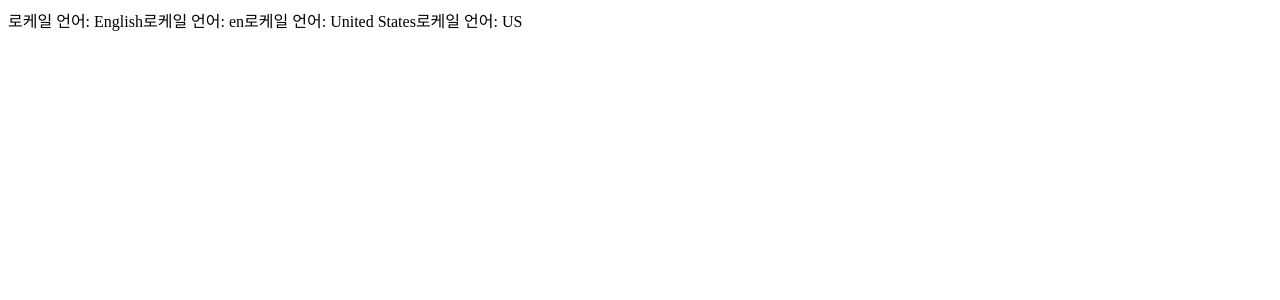
Repository: saysang22/servlet
Page: http://localhost/JSPBook/ch09/locale.jsp
These files come from the project's save history. The page is drawn as it stood at one moment and after the next save; the edit follows.
The browser window is 1280 px wide. The pictures show the whole page.
The page is served by Tomcat 10. Other server files are loaded and not shown.

Above is the page before, as saved 2024-06-07 00:51:17.

### JSPBook/src/main/webapp/ch09/locale.jsp
<%@ page language="java" contentType="text/html; charset=UTF-8"
    pageEncoding="UTF-8"%>
<%@ page import="java.util.Locale" %>
<%
		Locale locale = request.getLocale();
		String displayLanguage = locale.getDisplayLanguage();
		String language = locale.getLanguage();
		String displayCountry = locale.getDisplayCountry();
		String contry = locale.getCountry();
%>
<!DOCTYPE html>
<html>
<head>
<meta charset="UTF-8">
<title>Insert title here</title>
</head>
<body>
	<%
		out.print("로케일 언어: " + displayLanguage);
		out.print("로케일 언어: " + language);
		out.print("로케일 언어: " + displayCountry);
		out.print("로케일 언어: " + contry);

	%>
</body>
</html>

After the next save:
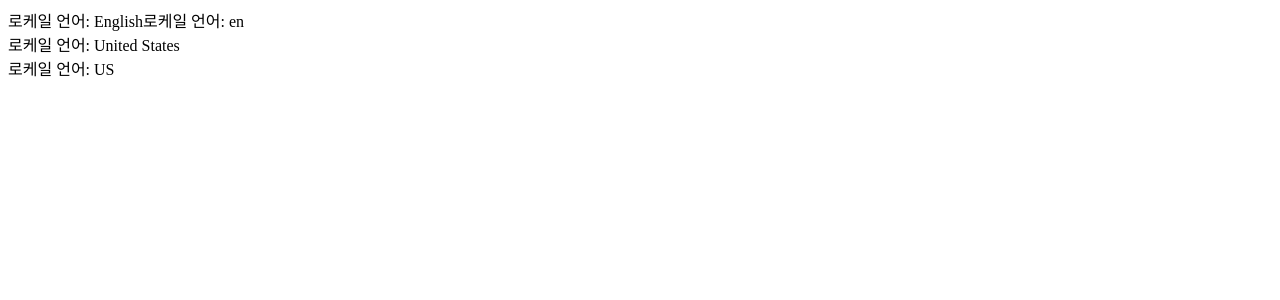
Saved 27 s later.
--- a/JSPBook/src/main/webapp/ch09/locale.jsp
+++ b/JSPBook/src/main/webapp/ch09/locale.jsp
@@ -16,10 +16,10 @@
 </head>
 <body>
 	<%
-		out.print("로케일 언어: " + displayLanguage);
-		out.print("로케일 언어: " + language);
-		out.print("로케일 언어: " + displayCountry);
-		out.print("로케일 언어: " + contry);
+		out.print("로케일 언어: " + displayLanguage );
+		out.print("로케일 언어: " + language + "<br>");
+		out.print("로케일 언어: " + displayCountry + "<br>");
+		out.print("로케일 언어: " + contry + "<br>");
 
 	%>
 </body>
